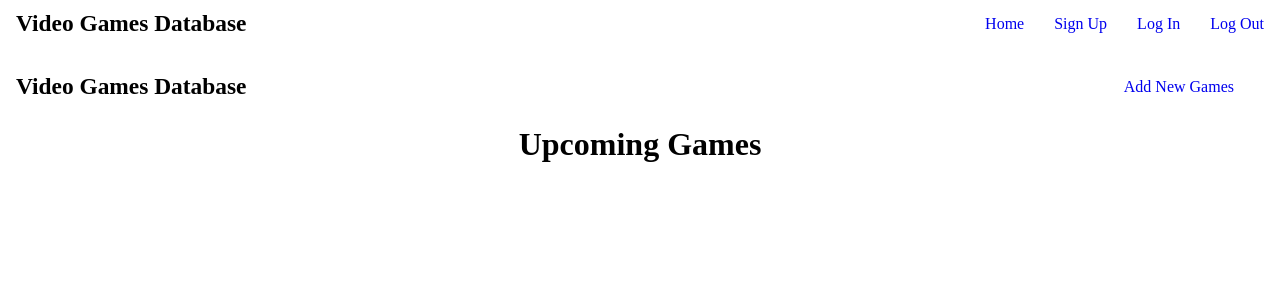
Repository: scorpiofishingicecoffee/RNR
Page: / (app in client/)
The author's editor kept a copy of each file at every save. The page is drawn from the files as they stood at one save, then again after a run of saves.
The browser window is 1280 px wide. The pictures show the whole page.
The page's requests for data from a server got no answer. The project was rebuilt for these pictures with package versions that can differ from the ones it lists, and the page was loaded fresh each time. No one was signed in, and anything a server would have sent is missing. Also part of the build but not shown: client/src/SignUpForm.js, client/src/LoginForm.js, client/src/pages/Home.js, client/src/pages/Protected.js, client/src/pages/Public.js, client/src/pages/Layout.js, client/src/components/RequireAuth.js, client/src/GamesForm.js and 1 more.

Above is the page before, as saved 2022-11-06 20:02:26.

After the next 3 saves:
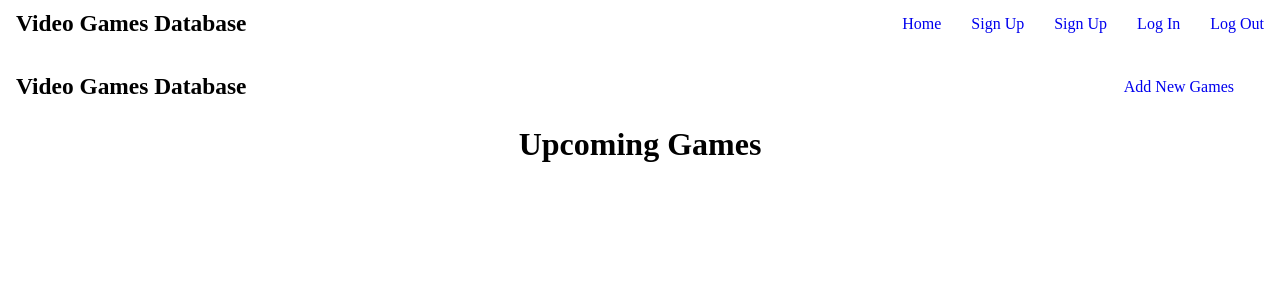
The 3 saves are shown as one change because they came seconds apart.
The last was saved 47 s later.
--- a/client/src/NavBar.js
+++ b/client/src/NavBar.js
@@ -39,6 +39,9 @@ function NavBar() {
           <a href="/signup">Sign Up</a>
         </li>
         <li>
+          <a href="/signup">Sign Up</a>
+        </li>
+        <li>
           <a href="/login">Log In</a>
         </li>
         <li>
